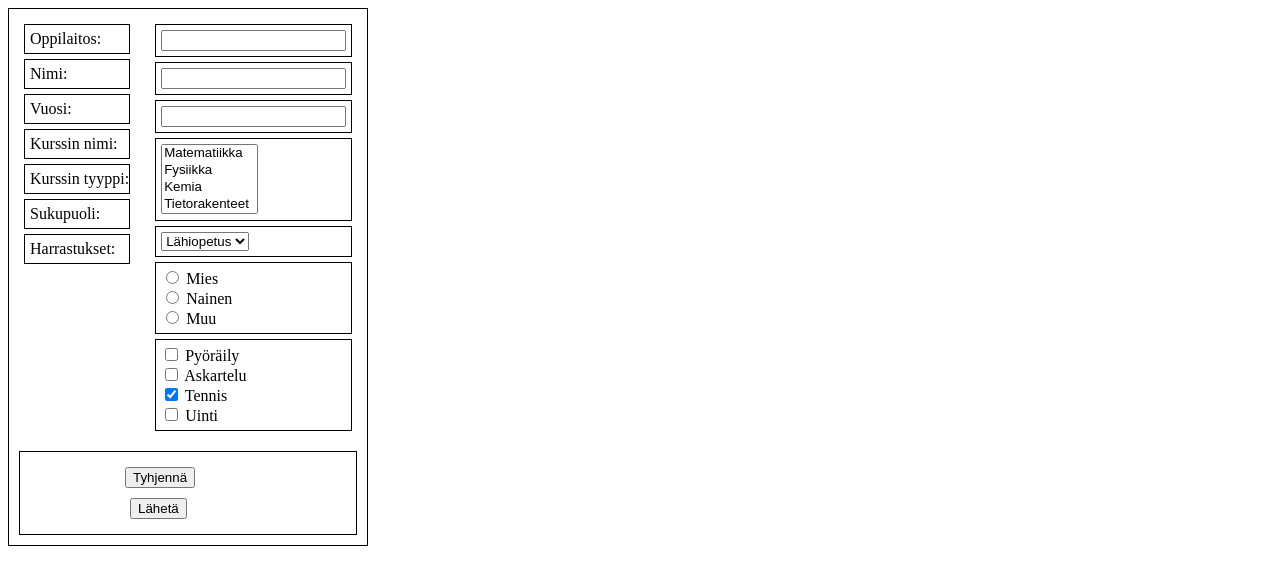
Repository: Niina-Maria/tehtavat-12-17-Niina-Maria2
Page: teht15.html
These files come from the project's save history. The page is drawn as it stood at one moment and after the next save; the edit follows.
The browser window is 1280 px wide. The pictures show the whole page.

Above is the page before, as saved 2024-11-19 23:29:38.

After the next save:
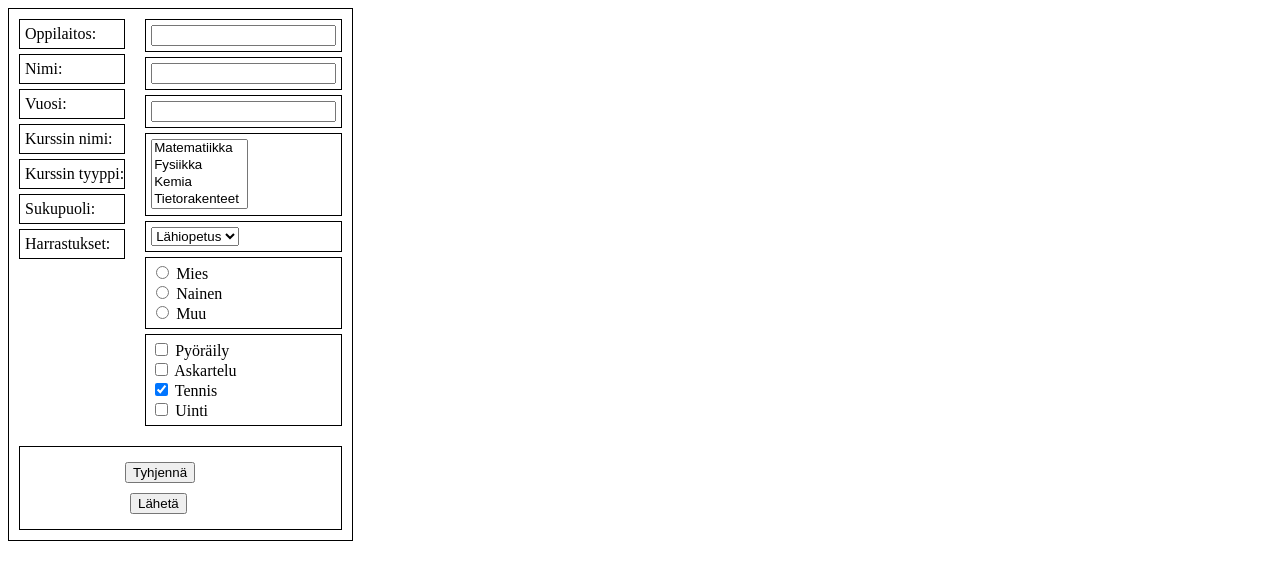
Saved 25 s later.
--- a/teht15.css
+++ b/teht15.css
@@ -26,7 +26,7 @@
 
 .grid-item {
    text-align: left;
-   padding: 10px;
+   padding: 5px;
    grid-column: 1/span 1;
 }
 
@@ -38,7 +38,7 @@
 }
 
 .grid-item-three {
-   padding: 10px;
+   padding: 5px;
    padding-left: 0;
    padding-bottom: 0;
    grid-column: 2 / span 1;
